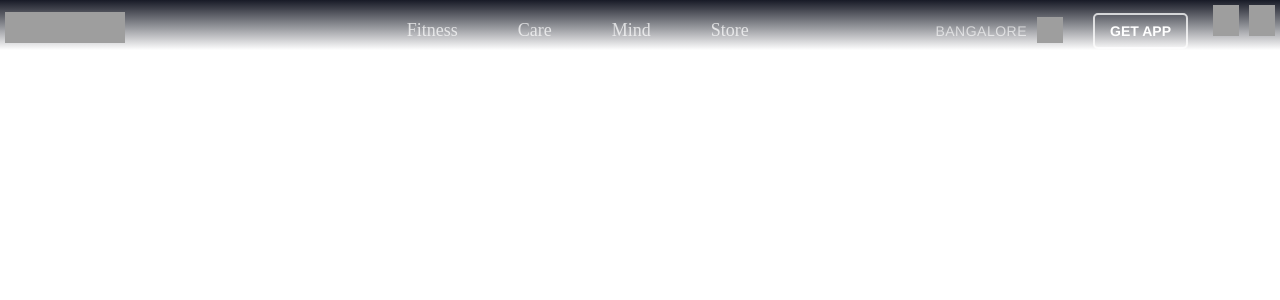
Repository: 1sanjeetsharma/cult-fit-clone
Page: /
The author's editor kept a copy of each file at every save. The page is drawn from the files as they stood at one save, then again after the next save.
The browser window is 1280 px wide. The pictures show the whole page.
Pictures or frames that could not be fetched are drawn as grey boxes. Some web fonts or font styles are not loaded; a fallback is used. The project was rebuilt for these pictures with package versions that can differ from the ones it lists, and the page was loaded fresh each time. Also part of the build but not shown: vite.config.js, src/components/body/footer/Footer.jsx.

Above is the page before, as saved 2023-07-31 16:59:49.

### src/App.jsx
import LandingPage from "./components/landingPage/LandingPage";
function App() {
	return (
		<>
			{/* <h1>Hello from app</h1> */}
			<LandingPage />
		</>
	);
}

export default App;

### src/components/landingPage/LandingPage.jsx
import Body from "../body/body";
// import Header from "../body/header/Header";
const LandingPage = () => {
	return (
		<>
			<Body></Body>
		</>
	);
};
export default LandingPage;

### src/components/body/body.jsx
import Header from "./header/Header";
import Footer from "./footer/Footer";
import "./body.css";
const Body = () => {
	console.log("hello from body");
	return (
		<>
			<Header />

			{/* <Footer /> */}
		</>
	);
};
export default Body;

### src/components/body/header/Header.jsx
import Navbar from "../Navbar/Navbar";
const Header = () => {
	return (
		<>
			<Navbar />
		</>
	);
};
export default Header;

### src/components/body/body.css
/*
//not working these font  */
@font-face {
	font-family: inter-bold;
	src: url("https://fonts.googleapis.com/css2?family=Inter:wght@700&display=swap");
}
@font-face {
	font-family: helvetica-neue;
	src: url("https://fonts.cdnfonts.com/css/helvetica-neue-5");
}
body {
	font-family: inter-bold, helvetica-neue;
}

### src/components/body/Navbar/Navbar.jsx
import "./navbar.css";
const Navbar = () => {
	return (
		<>
			<div className="Nav-container">
				<nav>
					<a href="javascript:viod(0)">
						<img
							className="logo"
							height={"31px"}
							width={"120px"}
							src="https://cdn-images.cure.fit/www-curefit-com/image/upload/c_fill,w_120,q_auto:eco,dpr_2,f_auto,fl_progressive//image/test/brand-logo/vman-and-white-cult-text.png"
							alt="logo"
						/>
					</a>
					<div className="tabs">
						<a href="javascript:void(0)">Fitness</a>
						<a href="javascript:void(0)">Care</a>
						<a href="javascript:void(0)">Mind</a>
						<a href="javascript:void(0)">Store</a>
					</div>
					<div className="btns">
						<div className="location">
							<div className="loc-text">BANGALORE</div>
							<div className="loc-img" width="26px" height="26px">
								<img
									src="https://cdn-images.cure.fit/www-curefit-com/image/upload/c_fill,w_26,q_auto:eco,dpr_2,f_auto,fl_progressive/image/test/header/location.png"
									width={"26px"}
									height={"26px"}
									loading="lazy"
									alt="location"
								/>
							</div>
						</div>
						<div className="get-app">
							<button>GET APP</button>
						</div>
						<div className="avatar">
							<button>
								<img
									className="btn-img"
									src="https://cdn-images.cure.fit/www-curefit-com/image/upload/c_fill,w_26,q_auto:eco,dpr_2,f_auto,fl_progressive/image/test/header/Profile.png"
									alt="profile picture"
									width="26px"
									height="26px"
								/>
							</button>
						</div>
						<button className="cart">
							<img
								className="btn-img"
								src="https://cdn-images.cure.fit/www-curefit-com/image/upload/c_fill,q_auto:eco,dpr_2,f_auto,fl_progressive//image/test/cart-dark-theme.svg"
								alt="cart"
								width="26px"
								height="26px"
							/>
						</button>
					</div>
				</nav>
			</div>
		</>
	);
};
export default Navbar;

### src/components/body/Navbar/navbar.css
* {
	margin: 0px;
	padding: 0px;
	box-sizing: border-box;
	line-height: 1.42;
}
a {
	text-decoration: none;
	cursor: pointer;
}
.Nav-container {
	position: fixed;
	/* display: flexbox; */
	top: 0px;
	/* height: 60px; */
	width: 100%;

	/* align-content: center; */
	/* text-align: center; */
	/* background-color: #00000077; */
	box-sizing: border-box;
	/* z-index: 2; */
}

.logo,
.btn-img {
	height: 31px;
}
nav {
	display: flex;
	height: 50px;
	padding: 5px;
	flex-flow: row wrap;
	align-items: center;
	justify-content: space-between;
	background-image: linear-gradient(
		to bottom,
		#171a26,
		rgba(23, 26, 38, 0.0001)
	);
}
.tabs {
	/* color: #fff; */
	display: flex;
	flex-direction: row;
	justify-content: spae-between;
	margin-left: 110px;
}
.tabs > a {
	height: 100%;
	color: #fff;
	transition: all 150ms ease;
	opacity: 70%;
	padding: 0 30px;
	line-height: 22px;
	font-size: 18px;
}
.bnts {
	display: flex;
	align-items: center;
	/* flex-direction: row; */
}
.location {
	display: inline-flex;
	flex-direction: row;
	background: transparent;
	/* outline: none; */
	/* box-shadow: none; */
	line-height: 22px;
	font-size: 14px;
	text-align: center;
	margin: auto;
	padding: 7px 15px;
	border-radius: 5px;
	transition: all 100ms ease;
	color: rgb(255 255 255/ 60%);
}
.location:hover {
	background: rgb(255 255 255 / 10%);
}
.location > .loc-text {
	text-align: center;
	cursor: pointer;
	margin: 0;
	margin-top: 0px;
	margin-right: 0px;
	color: rgb(255 255 255 / 60%);
	font-size: 14px;
	font-family: Inter-Regular, Helvetica Neue, Helvetica, Roboto, Arial,
		sans-serif;
	letter-spacing: 0.5px;
	line-height: 22px;
	margin-right: 10px;
	margin-top: 3px;
	max-width: 95px;
	overflow: hidden;
	text-overflow: ellipsis;
	white-space: nowrap;
}
.location > .loc-img {
	width: 26px;
	min-height: fit-content;
	overflow: hidden;
	position: relative;
}
.location > img {
	vertical-align: middle;
	position: relative;
	opacity: 1;
	transition: opacity 150ms ease 0s;
	top: 0px;
	left: 0px;
	width: 100%;
}
button {
	all: unset;
	cursor: pointer;
	/* text-align: center; */
	margin: auto;
}
button:focus {
	outline: revert;
}
.get-app {
	display: inline-block;
}
.get-app > button {
	margin-inline: 15px;
	font-family: Inter-Medium, Helvetica Neue, Helvetica, Roboto, Arial,
		sans-serif;
	transition: all 250ms ease;
	color: white;
	border: 2px solid rgba(255, 255, 255, 0.75);
	font-size: 14px;
	line-height: 18px;
	padding: 7px 15px;
	border-radius: 5px;
	font-weight: 700;
}
.avatar {
	display: inline-block;
	box-sizing: border-box;
	padding-inline: 10px;
	border-radius: 50%;
}
.avatar:hover {
	background: rgb(255 255 255 / 10%);
}
.cart {
	/* border */
}

Loaded but not shown: index.html (common file); src/main.jsx (common file)

After the next save:
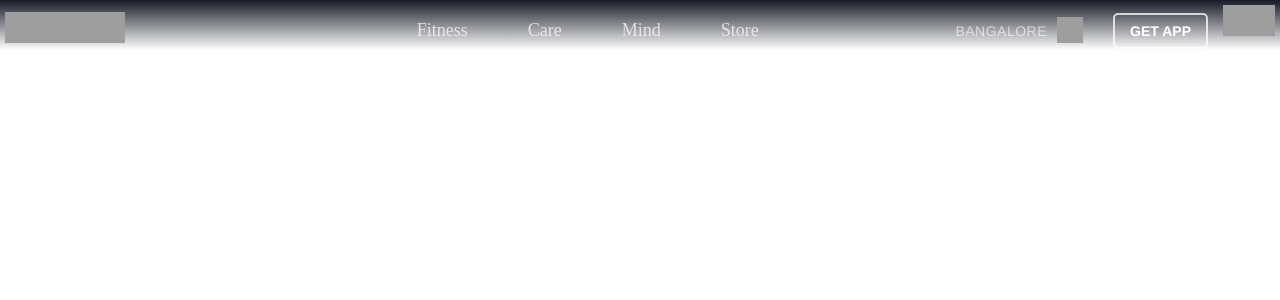
Saved 4 s later.
--- a/src/components/body/Navbar/navbar.css
+++ b/src/components/body/Navbar/navbar.css
@@ -140,7 +140,7 @@
 .avatar {
 	display: inline-block;
 	box-sizing: border-box;
-	padding-inline: 10px;
+	/* padding-inline: 10px; */
 	border-radius: 50%;
 }
 .avatar:hover {

After the save that followed:
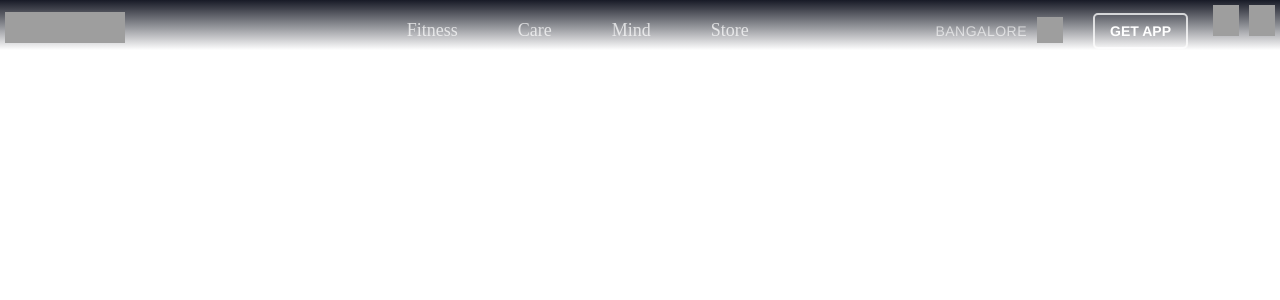
Saved 59 s later.
--- a/src/components/body/Navbar/navbar.css
+++ b/src/components/body/Navbar/navbar.css
@@ -140,12 +140,14 @@
 .avatar {
 	display: inline-block;
 	box-sizing: border-box;
-	/* padding-inline: 10px; */
 	border-radius: 50%;
 }
 .avatar:hover {
 	background: rgb(255 255 255 / 10%);
 }
+.avatar > button {
+	padding-inline: 10px;
+}
 .cart {
 	/* border */
 }
